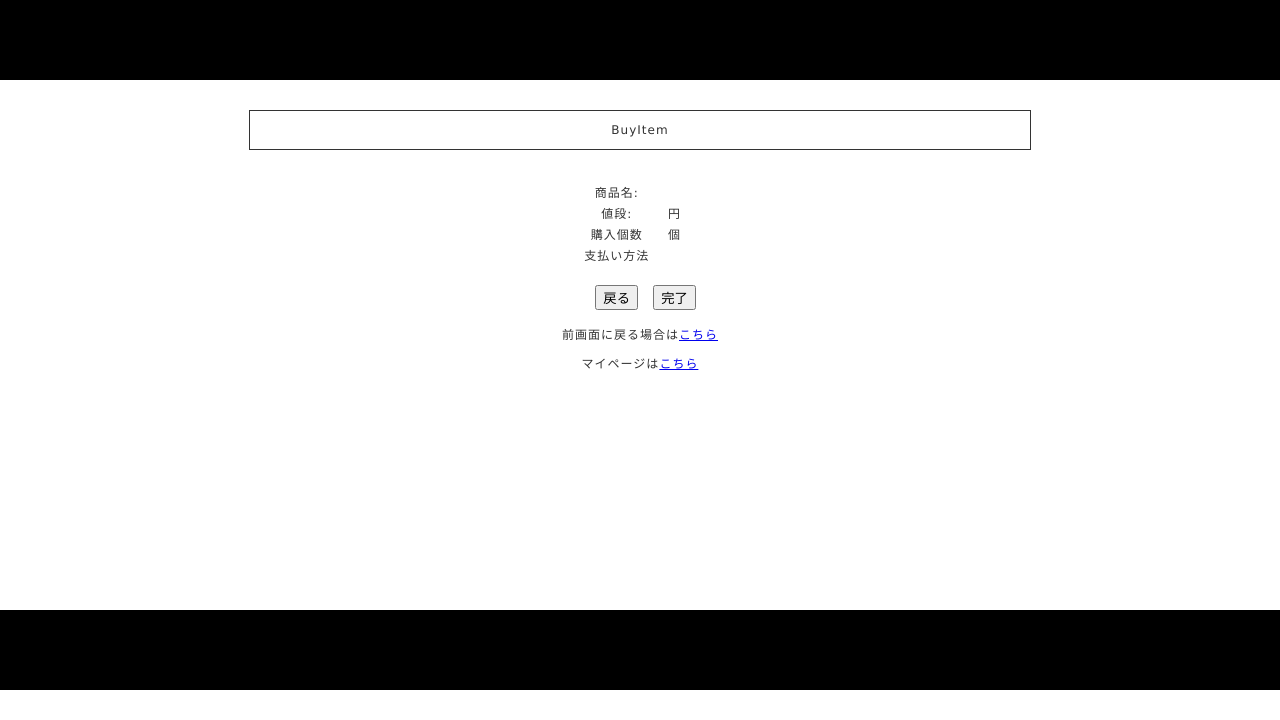
Repository: 0606kuramotomiho/test
Page: http://localhost/ecsite2/buyItemConfirm.jsp
These files come from the project's save history. The page is drawn as it stood at one moment and after the next save; the edit follows.
The browser window is 1280 px wide. The pictures show the whole page.
The page is served by Tomcat 9. Other server files are loaded and not shown.

Above is the page before, as saved 2018-07-30 04:36:37.

### ecsite2/WebContent/buyItemConfirm.jsp
<%@ page language="java" contentType="text/html; charset=UTF-8"
    pageEncoding="UTF-8"%>
<%@ taglib prefix="s" uri="/struts-tags" %>
<!DOCTYPE html>
<html>
<head>
<meta http-equiv="Content-Type" content="text/html; charset=UTF-8"/>
<meta http-equiv="Content-Style-Type" content="text/css" />
<meta http-equiv="Content-Script-Type" content="text/javascript" />
<meta http-equiv="imagetoolbar" content="no" />
<meta name="description" content="" />
<meta name="keywords" content="" />
<title>BuyItemConfirm画面</title>

<style type="text/css">

body{
	margin: 0;
	padding: 0;
	line-heigth: 1.6;
	letter-spacing: 1px;
	font-family: Verdana, Helvetica, sans-serif;
	font-size: 12px;
	color: #333;
	background: #fff;
	}

table{
	text-align: center;
	margin: 0 auto;
	}

#top{
	width: 780px;
	margin: 30px auto;
	border: 1px solid #333;
	}

#header{
	width: 100%;
	height: 80px;
	background-color: black;
	}

#main{
	width: 100%;
	height: 500px;
	text-align: center;
	}

#footer{
	width: 100%;
	height: 80px;
	background-color: black;
	clear: both;
	}
</style>
</head>
<body>
	<div id="header">
		<div id="pr">
		</div>
	</div>
	<div id="main">
		<div id="top">
			<p>BuyItem</p>
		</div>
		<div>
			<s:form>
				<tr>
					<td>商品名:</td>
						<td><s:property value="session.buyItem_name" /></td>
					</tr>

					<tr>
						<td>値段:</td>
						<td><s:property value="session.total_price" /><span>円</span></td>
					</tr>

					<tr>
						<td>購入個数</td>
						<td><s:property value="session.total_count" /><span>個</span></td>
					</tr>
					<tr>
						<td>支払い方法</td>
						<td><s:property value="session.pay" /></td>
					</tr>
					<tr>
						<td><br></td>
					</tr>
					<tr>
						<td><input type="button" value="戻る" onclick="submitAction('HomeAction')" /></td>
						<td><input type="button" value="完了" onclick="submitAction('BuyItemConfirmAction')" /></td>
					</tr>
				</s:form>

			<div>
				<p>前画面に戻る場合は<a href='<s:url action="MyPageAction" />'>こちら</a></p>
				<p>マイページは<a href='<s:url action="MyPageAction" />'>こちら</a></p>
			</div>
		</div>
	</div>

	<div id="footer">
		<div id="pr">
		</div>
	</div>

</body>
</html>

After the next save:
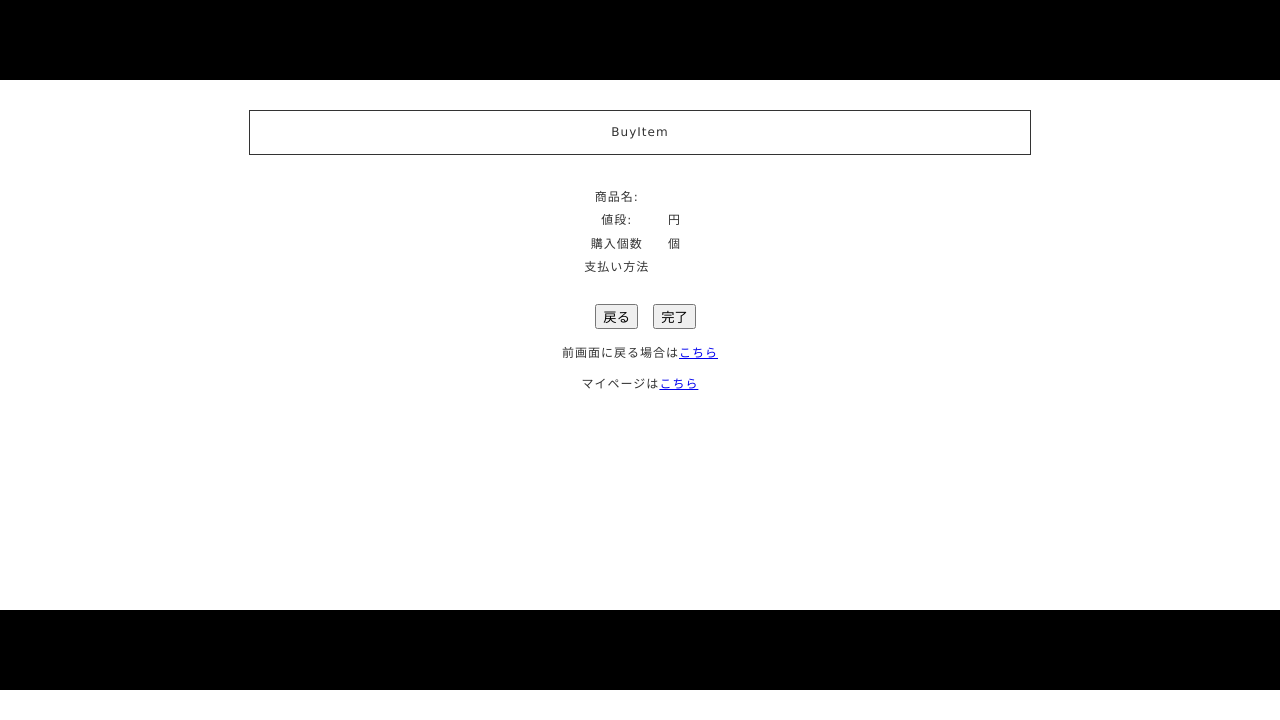
Saved 4 min 47 s later.
--- a/ecsite2/WebContent/buyItemConfirm.jsp
+++ b/ecsite2/WebContent/buyItemConfirm.jsp
@@ -17,7 +17,7 @@
 body{
 	margin: 0;
 	padding: 0;
-	line-heigth: 1.6;
+	line-height: 1.6;
 	letter-spacing: 1px;
 	font-family: Verdana, Helvetica, sans-serif;
 	font-size: 12px;
@@ -55,6 +55,12 @@
 	clear: both;
 	}
 </style>
+<script type="text/javascript">
+function submitAction(url){
+	$('form').attr('action',url);
+	$('form').submit();
+}
+</script>
 </head>
 <body>
 	<div id="header">
@@ -79,7 +85,7 @@
 
 					<tr>
 						<td>購入個数</td>
-						<td><s:property value="session.total_count" /><span>個</span></td>
+						<td><s:property value="session.count" /><span>個</span></td>
 					</tr>
 					<tr>
 						<td>支払い方法</td>
